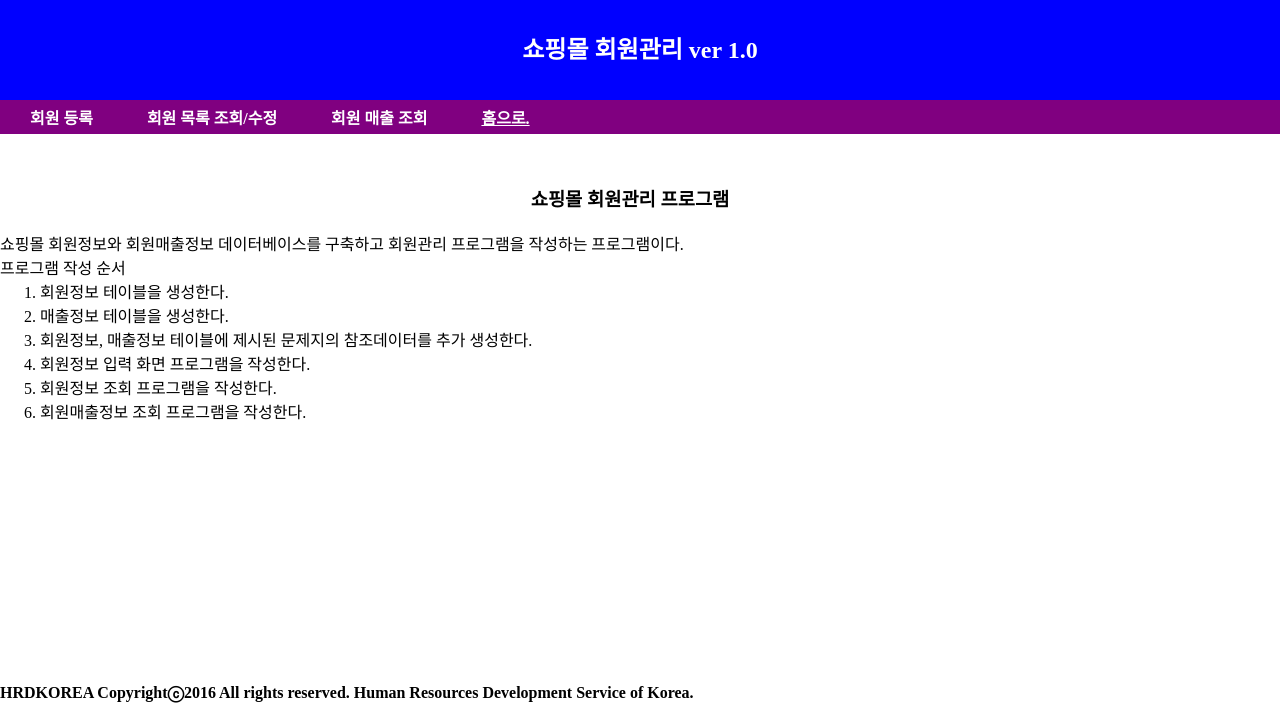
Repository: brightjy/Today-what-I-practiced
Page: http://localhost/HRD_900108/main/main.jsp
An editor plug-in stored every save of this project. The page is shown before and after the next save, followed by the edit.
The browser window is 1280 px wide. The pictures show the whole page.
The page is served by Tomcat 9.

Above is the page before, as saved 2020-05-09 11:43:42.

After the next save:
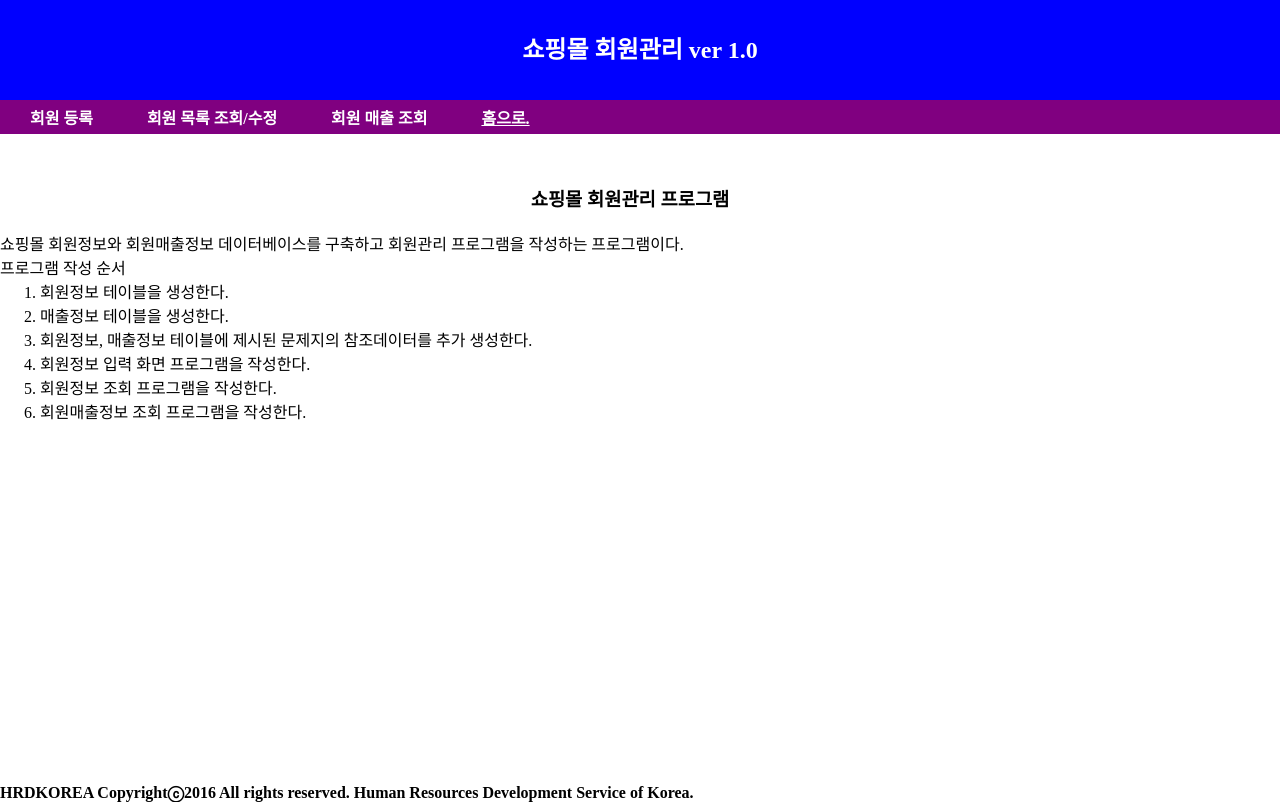
Saved 7 s later.
--- a/hrdkorea_0509/HRD_900108/WebContent/main/main.jsp
+++ b/hrdkorea_0509/HRD_900108/WebContent/main/main.jsp
@@ -31,7 +31,7 @@
 	}
 	section{
 		padding: 50px 20px 0 0;
-		height:500px;
+		height:600px;
 	}
 	section h3{
 		text-align:center;

After the save that followed:
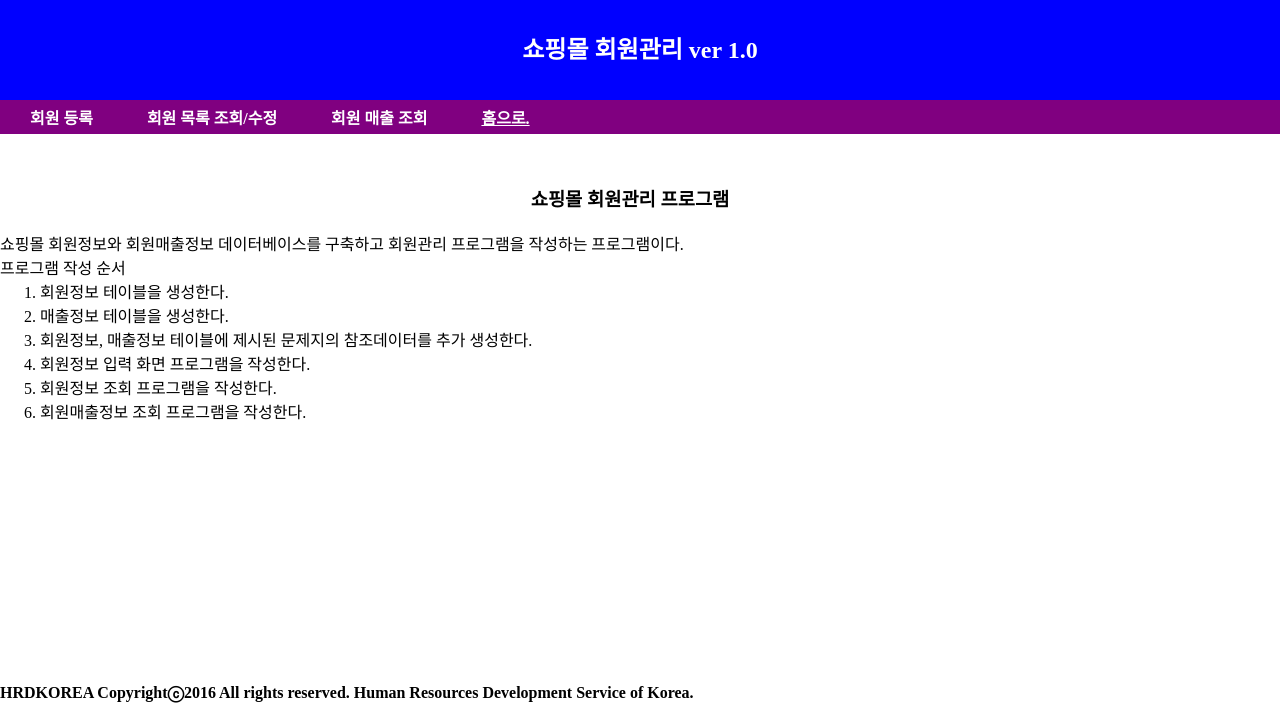
Saved 6 s later.
--- a/hrdkorea_0509/HRD_900108/WebContent/main/main.jsp
+++ b/hrdkorea_0509/HRD_900108/WebContent/main/main.jsp
@@ -31,7 +31,7 @@
 	}
 	section{
 		padding: 50px 20px 0 0;
-		height:600px;
+		height:500px;
 	}
 	section h3{
 		text-align:center;
